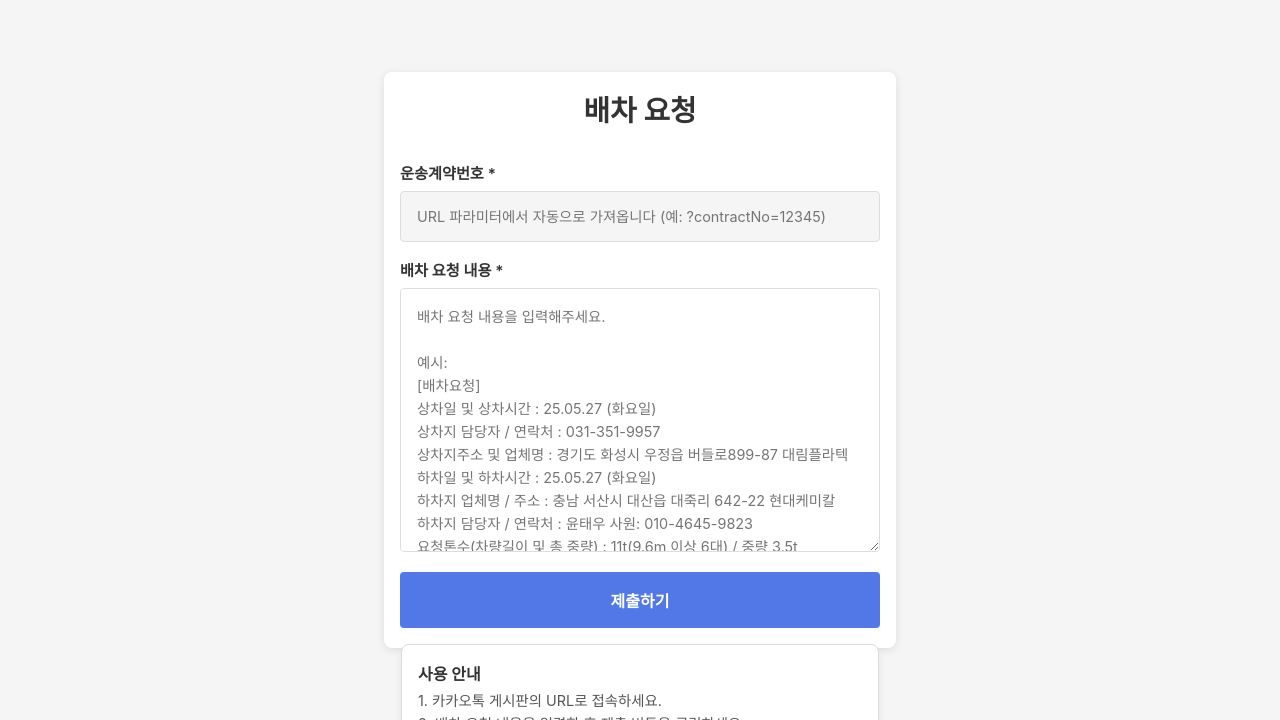
Repository: deul428/logis_transport
Page: / (app in frontend/)
These files come from the project's save history. The page is drawn as it stood at one moment and after the next save; the edit follows.
The browser window is 1280 px wide. The pictures show the whole page.
The project was rebuilt for these pictures with package versions that can differ from the ones it lists, and the page was loaded fresh each time. Also part of the build but not shown: frontend/src/App.scss.

Above is the page before, as saved 2025-11-13 13:57:13.

### frontend/public/index.html
<!DOCTYPE html>
<html lang="en">
  <head>
    <meta charset="utf-8" />
    <link rel="icon" href="%PUBLIC_URL%/favicon.ico" />
    <meta name="viewport" content="width=device-width, initial-scale=1" />
    <meta name="theme-color" content="#000000" />
    <meta
      name="description"
      content="Web site created using create-react-app"
    />
    <link rel="apple-touch-icon" href="%PUBLIC_URL%/android-icon-192x192.png" />
    <!--
      manifest.json provides metadata used when your web app is installed on a
      user's mobile device or desktop. See https://developers.google.com/web/fundamentals/web-app-manifest/
    -->
    <link rel="manifest" href="%PUBLIC_URL%/manifest.json" />
    <!--
      Notice the use of %PUBLIC_URL% in the tags above.
      It will be replaced with the URL of the `public` folder during the build.
      Only files inside the `public` folder can be referenced from the HTML.

      Unlike "/favicon.ico" or "favicon.ico", "%PUBLIC_URL%/favicon.ico" will
      work correctly both with client-side routing and a non-root public URL.
      Learn how to configure a non-root public URL by running `npm run build`.
    -->
    <title>로지스 운송 오더</title>
  </head>
  <body>
    <div id="root"></div>
    <!--
      This HTML file is a template.
      If you open it directly in the browser, you will see an empty page.

      You can add webfonts, meta tags, or analytics to this file.
      The build step will place the bundled scripts into the <body> tag.

      To begin the development, run `npm start` or `yarn start`.
      To create a production bundle, use `npm run build` or `yarn build`.
    -->
  </body>
</html>

### frontend/src/App.js
import { useState, useEffect } from "react";
import "./App.scss";
import "./styles/transport.scss";

function App() {
  const [contractNo, setContractNo] = useState("");
  const [content, setContent] = useState("");
  const [isSubmitted, setIsSubmitted] = useState(false);

  useEffect(() => {
    // URL에서 계약 번호 파라미터 읽기
    const params = new URLSearchParams(window.location.search);
    const contractNoParam =
      params.get("contractNo") || params.get("contract") || "";

    if (contractNoParam) {
      setContractNo(contractNoParam);
    }
  }, []);

  // 구글 폼 제출
  const handleSubmit = async (e) => {
    e.preventDefault();

    if (!contractNo.trim()) {
      alert(
        "계약 번호가 없습니다. URL에 계약 번호를 포함해주세요. (예: ?contractNo=12345)"
      );
      return;
    }

    if (!content.trim()) {
      alert("배차 요청 내용을 입력해 주세요.");
      return;
    }

    try {
      // 제출 시간 생성 (한국 시간)
      const now = new Date();
      const koreaTimeOffset = 9 * 60; // 한국은 UTC+9
      const koreaTime = new Date(now.getTime() + koreaTimeOffset * 60 * 1000);
      const year = koreaTime.getFullYear();
      const month = String(koreaTime.getMonth() + 1).padStart(2, "0");
      const day = String(koreaTime.getDate()).padStart(2, "0");
      const hours = String(koreaTime.getHours()).padStart(2, "0");
      const minutes = String(koreaTime.getMinutes()).padStart(2, "0");
      const seconds = String(koreaTime.getSeconds()).padStart(2, "0");
      const submitTime = `${year}-${month}-${day} ${hours}:${minutes}:${seconds}`;

      const formData = new FormData();
      // 계약 번호 필드 (구글 폼의 entry ID로 변경 필요)
      formData.append("entry.1271596132", contractNo);
      // 배차 요청 내용 필드 (구글 폼의 entry ID로 변경 필요)
      formData.append("entry.1285765036", content);

      // 구글 폼 URL (실제 구글 폼 URL로 변경 필요)
      const googleFormUrl =
        "https://docs.google.com/forms/d/e/1FAIpQLSepUaIyU7xQX5y7V2-OXf7BZamqW1xnarS4jM8SswiHX2m2rA/formResponse";

      await fetch(googleFormUrl, {
        method: "POST",
        body: formData,
        mode: "no-cors",
      });

      setIsSubmitted(true);
    } catch (err) {
      alert("오류가 발생했습니다. 관리자에게 문의해 주세요.");
      console.error(err);
    }
  };

  const resetForm = () => {
    setContent("");
    setIsSubmitted(false);
  };

  return (
    <div id="transport">
      <div className="cntnt_box">
        <div className="transport_header">
          <h2>배차 요청</h2>
        </div>

        {/* 입력 폼 */}
        {!isSubmitted && (
          <div id="input_area">
            <form id="customForm" onSubmit={handleSubmit}>
              <div className="input_field">
                <label>운송계약번호 *</label>
                <input
                  type="text"
                  value={contractNo}
                  disabled
                  placeholder="URL 파라미터에서 자동으로 가져옵니다 (예: ?contractNo=12345)"
                  style={{
                    backgroundColor: "#f5f5f5",
                    cursor: "not-allowed",
                    color: "#666",
                  }}
                />
              </div>

              <div className="input_field">
                <label>배차 요청 내용 *</label>
                <textarea
                  name="content"
                  rows={10}
                  placeholder={`배차 요청 내용을 입력해주세요.

예시:
[배차요청]
상차일 및 상차시간 : 25.05.27 (화요일)
상차지 담당자 / 연락처 : 031-351-9957
상차지주소 및 업체명 : 경기도 화성시 우정읍 버들로899-87 대림플라텍
하차일 및 하차시간 : 25.05.27 (화요일)
하차지 업체명 / 주소 : 충남 서산시 대산읍 대죽리 642-22 현대케미칼
하차지 담당자 / 연락처 : 윤태우 사원: 010-4645-9823
요청톤수(차량길이 및 총 중량) : 11t(9.6m 이상 6대) / 중량 3.5t
수작업유무 Y/N : N
※요청차량대수 : 총 8대`}
                  value={content}
                  onChange={(e) => setContent(e.target.value)}
                />
              </div>

              <button type="submit">제출하기</button>
            </form>
          </div>
        )}

        {/* 결과 표시 영역 */}
        {isSubmitted && (
          <div id="result_area">
            <h2>접수가 완료되었습니다.</h2>
            <div id="submittedData" className="card">
              <div className="rows row_01">
                <h3>운송계약번호</h3>
                <p>{contractNo || "미입력"}</p>
              </div>
              <div className="rows row_02">
                <h3>배차 요청 내용</h3>
                <p style={{ whiteSpace: "pre-wrap", wordBreak: "break-word" }}>
                  {content}
                </p>
              </div>
            </div>
            <button id="newResponseLink" onClick={resetForm}>
              신규 접수하기
            </button>
          </div>
        )}

        {/* 안내 영역 */}
        {!isSubmitted && (
          <div id="desc_area" className="card">
            <div className="info_box">
              <h3>사용 안내</h3>
              <p>
                1. 카카오톡 게시판의 URL로 접속하세요.
                <br />
                2. 배차 요청 내용을 입력한 후 제출 버튼을 클릭하세요.
                <br />
                <br />
                문의사항은 담당자에게 연락해 주시기 바랍니다.
              </p>
            </div>
          </div>
        )}
      </div>
    </div>
  );
}

export default App;

### frontend/src/styles/transport.scss
.card {
  padding: 1rem;
  font-size: 0.9rem;
  margin: 0 auto;
  width: calc(100% - 4px - 2rem);
  border-radius: 0.5rem;
  margin-top: 1rem;
  background: white;
  box-shadow: 0 5px 10px 0 rgba(0, 0, 0, 0.064);
}
#transport {
  width: 100dvw;
  height: 100dvh;
  margin: 0 auto;
  min-height: 100vh;
  background-color: #f5f5f5;
  display: flex;
  justify-content: center;
  align-items: center;
  overflow: hidden;

  .cntnt_box {
    padding: 1rem;
    height: calc(80% - 2rem);
    width: calc(40% - 2rem);
    background-color: white;
    border-radius: 8px;
    box-shadow: 0 2px 8px rgba(0, 0, 0, 0.1);

    .transport_header {
      text-align: center;
      margin-bottom: 2rem;

      h2 {
        margin: 0 0 0.2rem;
        font-size: 1.8rem;
        color: #333;
      }
    }

    #input_area {
      margin-bottom: 1rem;
      width: 100%;

      form {
        margin: 0 auto;
        text-align: left;

        .input_field {
          margin-bottom: 1rem;

          label {
            display: block;
            margin-bottom: 8px;
            font-weight: 600;
            color: #333;
            font-size: 0.95rem;
          }

          input,
          textarea {
            font-size: 0.9rem;
            font-family: inherit;
            width: 100%;
            padding: 1rem;
            border: 1px solid #ddd;
            border-radius: 0.25rem;
            box-sizing: border-box;
            transition: border-color 0.3s;

            &:focus {
              outline: none;
              border-color: #5278e7;
            }

            &:disabled {
              background-color: #f5f5f5;
              cursor: not-allowed;
              color: #666;
            }
          }

          textarea {
            resize: vertical;
            line-height: 1.6;
          }
        }

        button[type="submit"] {
          width: 100%;
          padding: 1rem 0.5rem;
          background-color: #5278e7;
          color: white;
          border: none;
          border-radius: 0.25rem;
          font-size: 1rem;
          font-weight: 600;
          cursor: pointer;
          transition: background-color 0.3s;

          &:hover {
            background-color: #4268d6;
          }

          &:active {
            background-color: #3258c6;
          }
        }
      }
    }

    #result_area {
      width: 100%;
      text-align: center;

      h2 {
        margin: 0 0 1rem;
        font-size: 1.5rem;
        color: #333;
      }

      #submittedData {
        text-align: left;
        margin-bottom: 1rem;
        background-color: #f9f9f9;
        border-radius: 0.25rem;
        padding: 1rem;
        box-shadow: none;

        div.rows {
          width: 100%;
          margin-bottom: 1rem;

          &:last-child {
            margin-bottom: 0;
          }

          h3 {
            margin-top: 0;
            margin-bottom: 1rem;
            font-size: 1rem;
            color: #5278e7;
          }

          p {
            white-space: pre-wrap;
            word-break: break-word;
            overflow-wrap: break-word;
            margin: 0;
            color: #333;
            line-height: 1.6;
          }
        }
      }

      #newResponseLink {
        width: 100%;
        padding: 1rem;
        background-color: #6c757d;
        color: white;
        border: none;
        border-radius: 0.25rem;
        font-size: 0.95rem;
        font-weight: 600;
        cursor: pointer;
        transition: background-color 0.3s;
        margin-top: 1rem;

        &:hover {
          background-color: #5a6268;
        }
      }
    }

    #desc_area {
      // background: #eee;
      border: 1px solid #ddd;
      color: #000;
      .info_box {
        h3 {
          margin: 0 0 0.25rem;
          font-size: 1rem;
          color: #333;
        }

        p {
          margin: 0;
          font-size: 0.9rem;
          color: #555;
          line-height: 1.6;
        }
      }
    }
  }

  /* 반응형 */
  @media (max-width: 768px) {
    padding: 1rem;

    .cntnt_box {
      padding: 1rem;

      .transport_header h2 {
        font-size: 1.5rem;
      }

      #input_area form .input_field textarea {
        min-height: 250px;
      }
    }
  }
}

Loaded but not shown: frontend/src/index.js (common file); frontend/src/index.css (common file); frontend/src/reportWebVitals.js (common file)

After the next save:
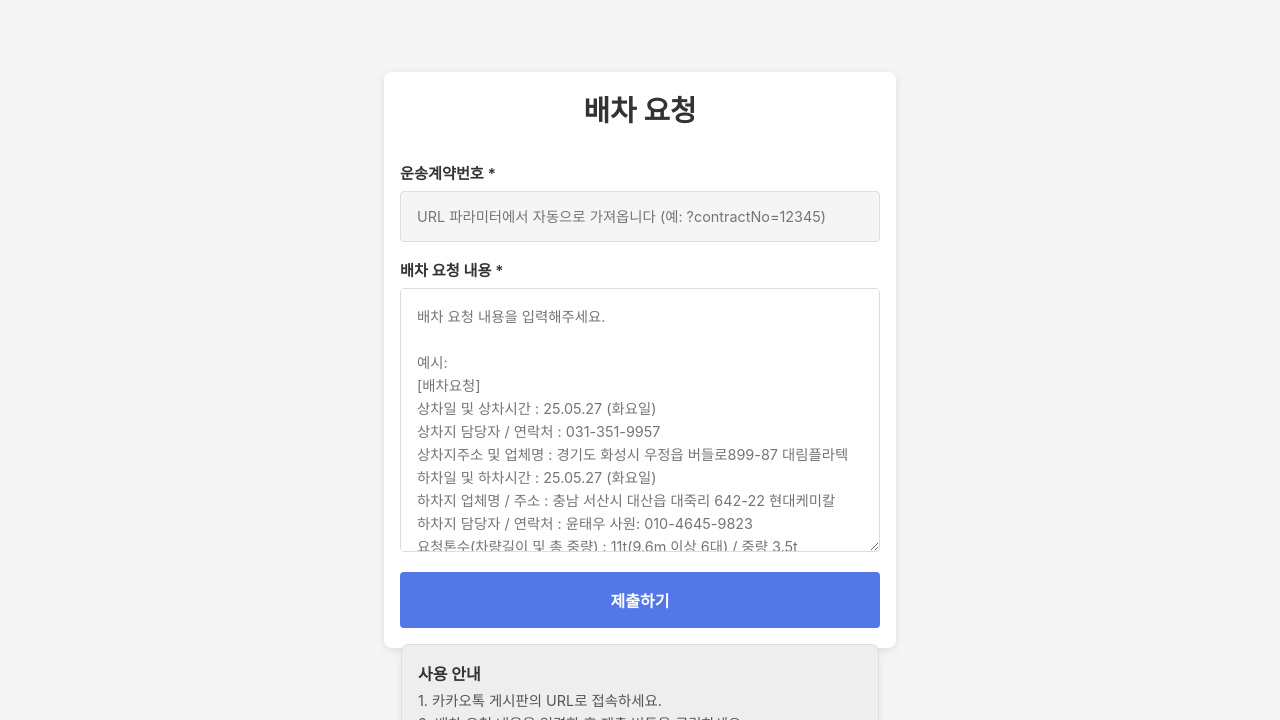
Saved 4 s later.
--- a/frontend/src/styles/transport.scss
+++ b/frontend/src/styles/transport.scss
@@ -173,7 +173,7 @@
     }
 
     #desc_area {
-      // background: #eee;
+      background: #eee;
       border: 1px solid #ddd;
       color: #000;
       .info_box {
